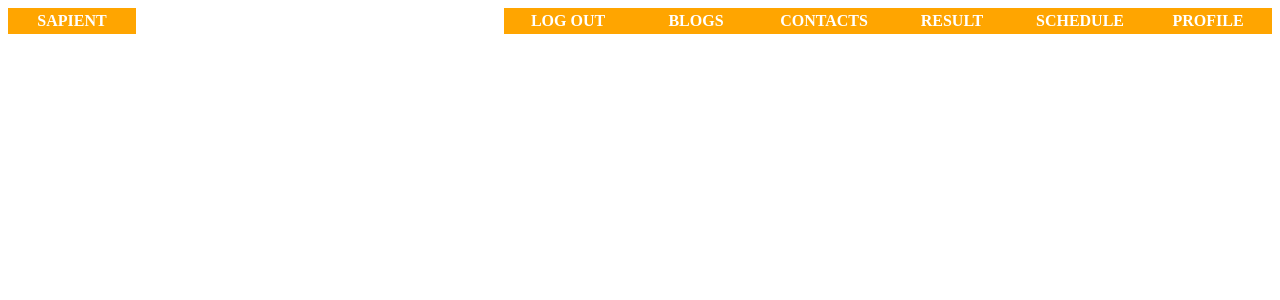
Repository: feefifofannie/SapientNitroTraining
Page: WebProject/WebContent/PortalExercise/index.html
These files come from the project's save history. The page is drawn as it stood at one moment and after the next save; the edit follows.
The browser window is 1280 px wide. The pictures show the whole page.

Above is the page before, as saved 2015-09-15 08:08:20.

After the next save:
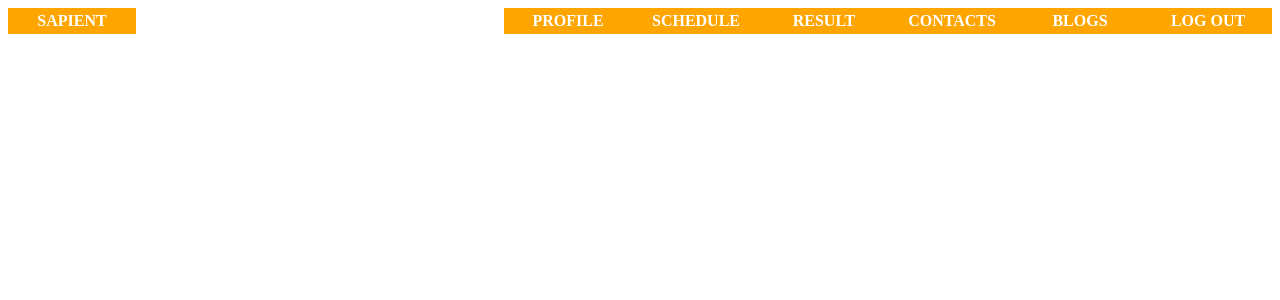
Saved 64 s later.
--- a/WebProject/WebContent/PortalExercise/index.html
+++ b/WebProject/WebContent/PortalExercise/index.html
@@ -37,12 +37,12 @@ a:hover,a:active {
 <body>
 	<ul>
 		<li><a href="#home">Sapient</a></li>
+		<li><a href="#about">Log Out</a></li>
+		<li><a href="#about">Blogs</a></li>
+		<li><a href="#about">Contacts</a></li>
+		<li><a href="#contact">Result</a></li>
+		<li><a href="#news">Schedule</a></li>
 		<li><a href="profile.html">Profile</a></li>
-		<li><a href="#news">Schedule</a></li>
-		<li><a href="#contact">Result</a></li>
-		<li><a href="#about">Contacts</a></li>
-		<li><a href="#about">Blogs</a></li>
-		<li><a href="#about">Log Out</a></li>
 	</ul>
 	<script src="http://code.jquery.com/jquery.js"></script>
 </body>
